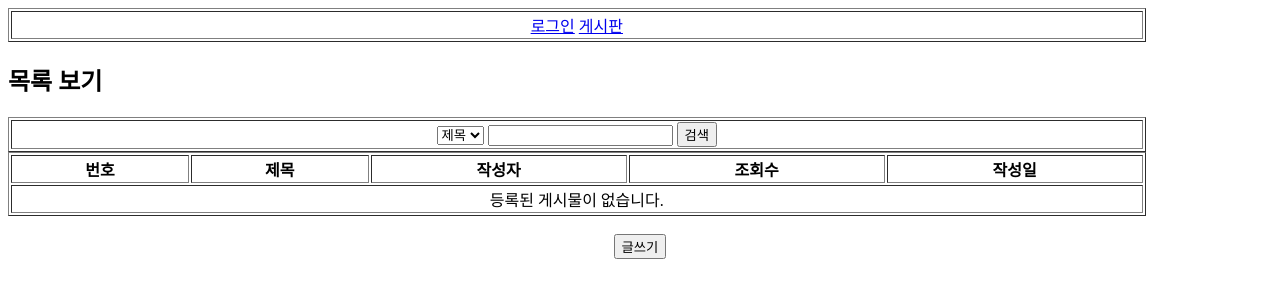
Repository: hyojinx/JspStudy
Page: http://localhost/jspstudy/08M1Board/List.jsp
These files come from the project's save history. The page is drawn as it stood at one moment and after the next save; the edit follows.
The browser window is 1280 px wide. The pictures show the whole page.
The page is served by Tomcat 9. Other server files are loaded and not shown. Queries for data that is not in the repository find no rows.

Above is the page before, as saved 2023-04-07 00:55:45.

### jspstudy/src/main/webapp/08M1Board/List.jsp
<%@ page language="java" contentType="text/html; charset=UTF-8"
    pageEncoding="UTF-8"%>
<%@ page import="board.BoardDAO"%>
<%@ page import="board.BoardDTO"%>
<%@ page import="java.util.List"%>
<%@ page import="java.util.Map"%>
<%@ page import="java.util.HashMap"%>
<%
	BoardDAO dao = new BoardDAO(application);

	String findCol= request.getParameter("findCol");
	String findWord= request.getParameter("findWord");

	Map<String, Object> param = new HashMap<String, Object>();
	if(findWord!=null)
	{
		param.put("findCol",findCol);
		param.put("findWord",findWord);

	}

	int totalCount = dao.getTotalCount(param);
	List<BoardDTO> boardLists = dao.getList(param);
	dao.close();

	/*List<BoardDTO> boardLists=dao.getList(findCol,findWord);  */




%>
<!DOCTYPE html>
<html>
<head>
<meta charset="UTF-8">
<title>목록</title>
</head>
<body>
	<jsp:include page="../common/Top.jsp"/>
	<h2>목록 보기</h2>
	<!-- 검색(자기 자신에서 검색창이 뜨기에 ACTION이 따로 구현할 필요없다) -->
		<form  method="get">
			<table border= "1" width="90%">
				<tr>
					<td align="center">
						<select name="findCol">
							<option value="title">제목</option>
							<option value="content">내용</option>
						</select>
						<input type="text" name="findWord"/>
						<input type="submit" value="검색"/>
					</td>
				</tr>
			</table>
		</form>
		<!-- 목록 -->
		<table border= "1" width="90%">
			<tr>
				<th>번호</th><th>제목</th><th>작성자</th><th>조회수</th><th>작성일</th>
			</tr>
		<%
			//게시물에 내용물이 없으면
			if(boardLists.isEmpty())
			{

		%>
			<tr>
				<td colspan = "5" align="center">등록된 게시물이 없습니다.</td>
			</tr>
		<%
			//게시물에 내용물이 있으면 클릭시 뷰를 나오게 할려는 목적
			}else{
				for(BoardDTO dto:boardLists)
				{
		%>
			<tr align="center">
				<td align="center"><%=dto.getNum() %></td>
				<td align="Left">
					<a href = "View.jsp?num=<%=dto.getNum() %>"><%=dto.getTitle() %></a>
				</td>
				<td align="center"><%=dto.getId() %></td>
				<td align="center"><%=dto.getVisitcount() %></td>
				<td align="center"><%=dto.getPostdate() %></td>
			</tr>

		<%
				}

			}
		%>
		</table>
		<br>
		<div align="center">
         <button type="button" onclick="location.href='Write.jsp';">글쓰기</button>

     	 </div>

</body>
</html>

### jspstudy/src/main/webapp/common/Top.jsp
<%@ page language="java" contentType="text/html; charset=UTF-8"
    pageEncoding="UTF-8"%>
<table border="1" width="90%">
	<tr>
		<td align="center">
		<% if(session.getAttribute("UserId")==null){ %>
			<a href="../07LogInOutPrac/LoginForm.jsp">로그인</a>
		<% }else{ %>
			<a href="../07LogInOutPrac/Logout.jsp">로그아웃</a>
		<%} %>
		<a href="../08M1Board/List.jsp">게시판</a>
		</td>
	</tr>
</table>

### jspstudy/src/main/java/common/JDBConnect.java
package common;

import java.sql.Statement;
import java.sql.Connection;
import java.sql.DriverManager;
import java.sql.PreparedStatement;
import java.sql.ResultSet;

import javax.servlet.ServletContext;

public class JDBConnect {
	public Connection con;
	public Statement stmt;
	public PreparedStatement psmt;
	public ResultSet rs;

	public JDBConnect() {
		try{
			//jdbc driver load
			Class.forName("oracle.jdbc.OracleDriver");
			//db connect
			String url="jdbc:oracle:thin:@localhost:1521:xe";
			String id="gun";
			String pw ="1234";
			con=DriverManager.getConnection(url,id,pw);
			System.out.println("DB 연결(기본)");

		} catch (Exception e) {
			e.printStackTrace();
		}
	}
	public JDBConnect(String driver,String url,String id, String pw) {
		try{
			//jdbc driver load
			Class.forName(driver);
			//db connect
			con=DriverManager.getConnection(url,id,pw);
			System.out.println("DB 연결(매개변수 인자)");

		} catch (Exception e) {
			e.printStackTrace();
		}
	}
	public JDBConnect(ServletContext application) {
		try{
			//jdbc driver load
			String driver = application.getInitParameter("OracleDriver");
			Class.forName(driver);
			//db connect
			String url= application.getInitParameter("OracleUrl");
			String id=application.getInitParameter("OracleId");
			String pw=application.getInitParameter("OraclePw");
			con=DriverManager.getConnection(url,id,pw);
			System.out.println("DB 연결(초기화 매개변수)");

		} catch (Exception e) {
			e.printStackTrace();
		}
	}
	public void close() {
		try {
			if(rs!=null)rs.close();
			if(stmt!=null) stmt.close();
			if(psmt!=null)psmt.close();
			if(con!=null) con.close();
			System.out.println("DB 연결 해제");
		}catch(Exception e) {
			e.printStackTrace();
		}
	}
}

### jspstudy/src/main/java/board/BoardDAO.java
package board;

import java.util.List;
import java.util.Map;
import java.util.Vector;

import javax.servlet.ServletContext;

import common.JDBConnect;

public class BoardDAO extends JDBConnect{
	public BoardDAO(ServletContext application) {
		super(application);
	}

	//게시물 개수 세기
	public int getTotalCount(Map<String,Object> param) {
		int totalCount=0;
		String sql="select count(*) from board"; //where title like '%k%'
		if(param.get("findWord")!=null) {
			sql += " where " + param.get("findCol") + " like '%"+param.get("findWord")+"%'";
		}
		try {
			stmt=con.createStatement();
			rs=stmt.executeQuery(sql);
			rs.next();
			totalCount=rs.getInt(1);
		}catch (Exception e) {
			System.out.println("게시물 카운트 중 에러");
			e.printStackTrace();
			// TODO: handle exception
		}

		return totalCount;
	}
	//게시물 내용 읽기

	public List<BoardDTO> getList(Map<String,Object> param){
		List<BoardDTO> bl = new Vector<BoardDTO>();
		String sql="select * from board"; //where title like '%k%'
		if(param.get("findWord")!=null) {
			sql += " where " + param.get("findCol") + " like '%"+param.get("findWord")+"%'";
		}
		sql+=" order by num desc";
		try {
			stmt=con.createStatement();
			rs=stmt.executeQuery(sql);
			while(rs.next()) {
				BoardDTO dto = new BoardDTO();
				dto.setNum(rs.getString("num"));
				dto.setTitle(rs.getString("title"));
				dto.setContent(rs.getString("content"));
				dto.setPostdate(rs.getDate("postdate"));
				dto.setId(rs.getString("id"));
				dto.setVisitcount(rs.getString("visitcount"));
				bl.add(dto);
			}
		}catch (Exception e) {
			System.out.println("게시물 목록 읽는 중 에러");
			e.printStackTrace();
		}

		return bl;
	}

	//게시물 작성
	public int insertWrite(BoardDTO dto) {
		int res=0;
		try {
			String sql="insert into board(num,title,content,id,visitcount)"+" values(seq_board_num.nextval,?,?,?,0)";
			psmt=con.prepareStatement(sql);
			psmt.setString(1, dto.getTitle());
			psmt.setString(2, dto.getContent());
			psmt.setString(3, dto.getId());
			res=psmt.executeUpdate();
		} catch (Exception e) {
			System.out.println("게시물 입력 중 에러");
			e.printStackTrace();
		}


		return res;
	}

	//게시물 중 하나 읽어 보기
	public BoardDTO getView(String num) {
		BoardDTO dto = new BoardDTO();
		String sql="SELECT B.*,M.NAME from BOARD B join MEMBER M on B.ID=M.ID where NUM=?";
		try {
			psmt=con.prepareStatement(sql);
			psmt.setString(1, num);
			rs=psmt.executeQuery();
			if(rs.next()) {
				dto.setNum(rs.getString("num"));
				dto.setTitle(rs.getString("title"));
				dto.setContent(rs.getString("content"));
				dto.setPostdate(rs.getDate("postdate"));
				dto.setId(rs.getString("id"));
				dto.setVisitcount(rs.getString("visitcount"));
				dto.setName(rs.getString("name"));

			}
		}catch(Exception e) {
			System.out.println("게시물 상세보기 중 에러");
			e.printStackTrace();
		}

		return dto;
	}

	//조회수 증가
	public void updateVisitCount(String num) {
		String sql="update BOARD set visitcount =visitcount+1 where num=?";
		try {
			psmt=con.prepareStatement(sql);
			psmt.setString(1, num);
			psmt.executeUpdate();
		} catch (Exception e) {
			System.out.println("게시물 조회수 증가 중 에러");
			e.printStackTrace();
		}
	}

	//게시물 삭제
	public int deletPost(String num) {
		int res=0;
		try {
			String sql="DELETE FROM BOARD WHERE NUM=?";
			psmt=con.prepareStatement(sql);
			psmt.setString(1, num);
			res=psmt.executeUpdate();
		}catch(Exception e) {
			System.out.println("게시물 삭제 중 에러");
			e.printStackTrace();
		}
		return res;
	}

	//게시물 수정
	public int updateEdit(BoardDTO dto) {
		int res=0;
		try {
			String sql="update board set title=?,content=? where num=?";
			psmt=con.prepareStatement(sql);
			psmt.setString(1, dto.getTitle());
			psmt.setString(2, dto.getContent());
			psmt.setString(3, dto.getNum());
			res=psmt.executeUpdate();
		} catch (Exception e) {
			System.out.println("게시물 수정 중 에러");
			e.printStackTrace();
		}
		return res;
	}
}

After the next save:
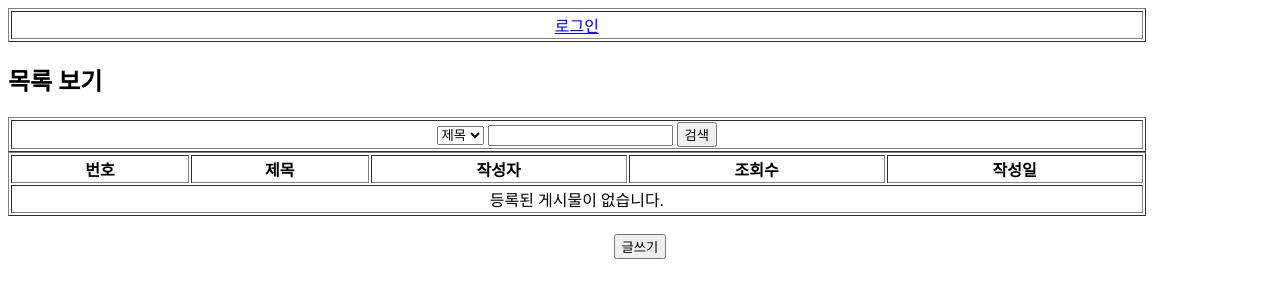
Saved 43 min 10 s later.
--- a/jspstudy/src/main/webapp/common/Top.jsp
+++ b/jspstudy/src/main/webapp/common/Top.jsp
@@ -7,8 +7,9 @@
 			<a href="../07LogInOutPrac/LoginForm.jsp">로그인</a>
 		<% }else{ %>
 			<a href="../07LogInOutPrac/Logout.jsp">로그아웃</a>
+			<a href="../08M1Board/List.jsp">게시판</a>
+			<a href="../09PaginBoard/List.jsp">게시판(paging)</a>
 		<%} %>
-		<a href="../08M1Board/List.jsp">게시판</a>
 		</td>
 	</tr>
 </table>
